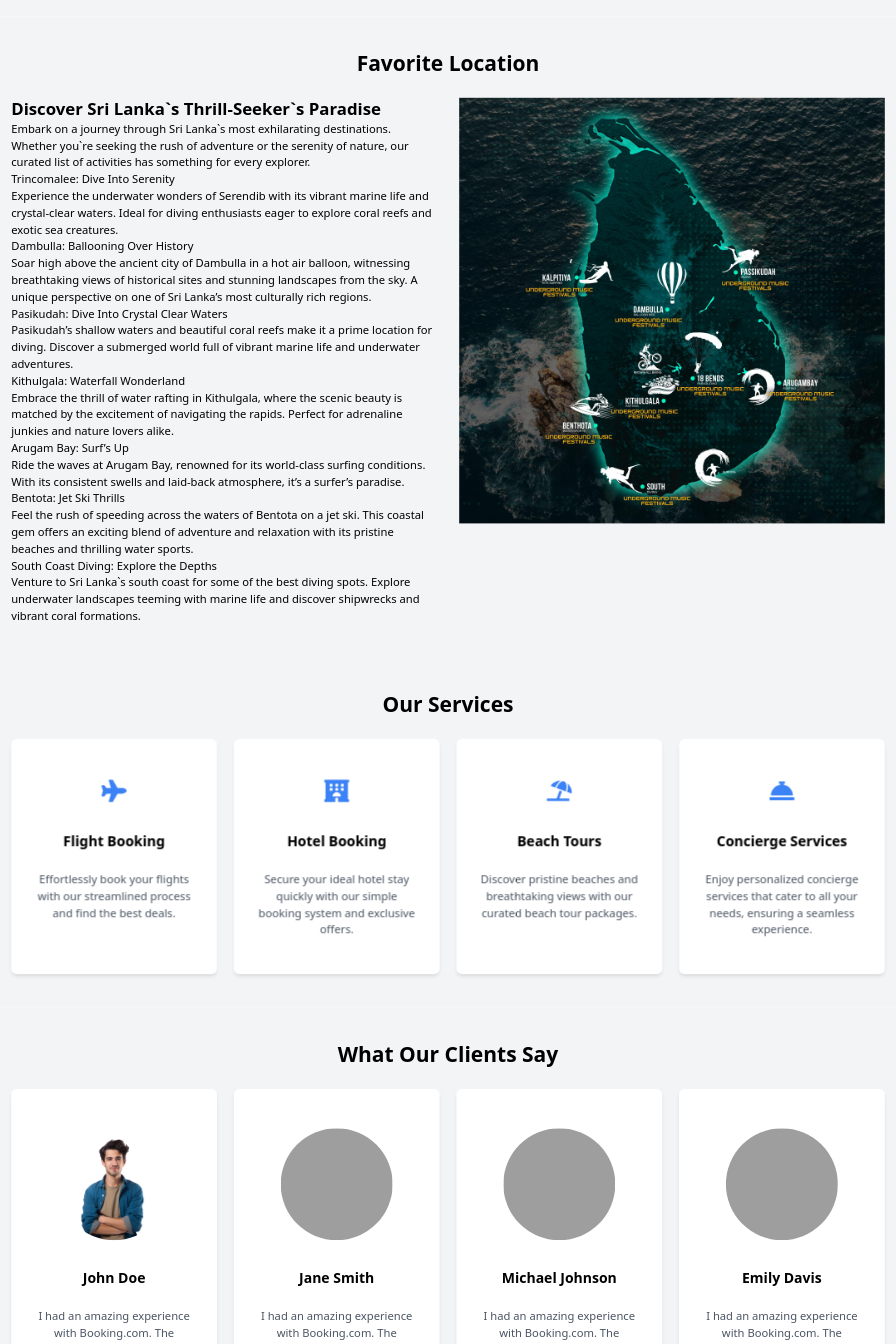
Repository: thisara199/Travel-Agency-Website
Page: /
The author's editor kept a copy of each file at every save. The page is drawn from the files as they stood at one save, then again after the next save.
The browser window is 1280 px wide. The pictures show the part of the page from y = 1144 to 3064 px (the page is 3276 px tall before and 3280 px after), at 70% of full size.
Pictures or frames that could not be fetched are drawn as grey boxes. The project was rebuilt for these pictures with package versions that can differ from the ones it lists, and the page was loaded fresh each time. Also part of the build but not shown: vite.config.js.

Above is the page before, as saved 2024-09-04 07:08:55.

After the next save:
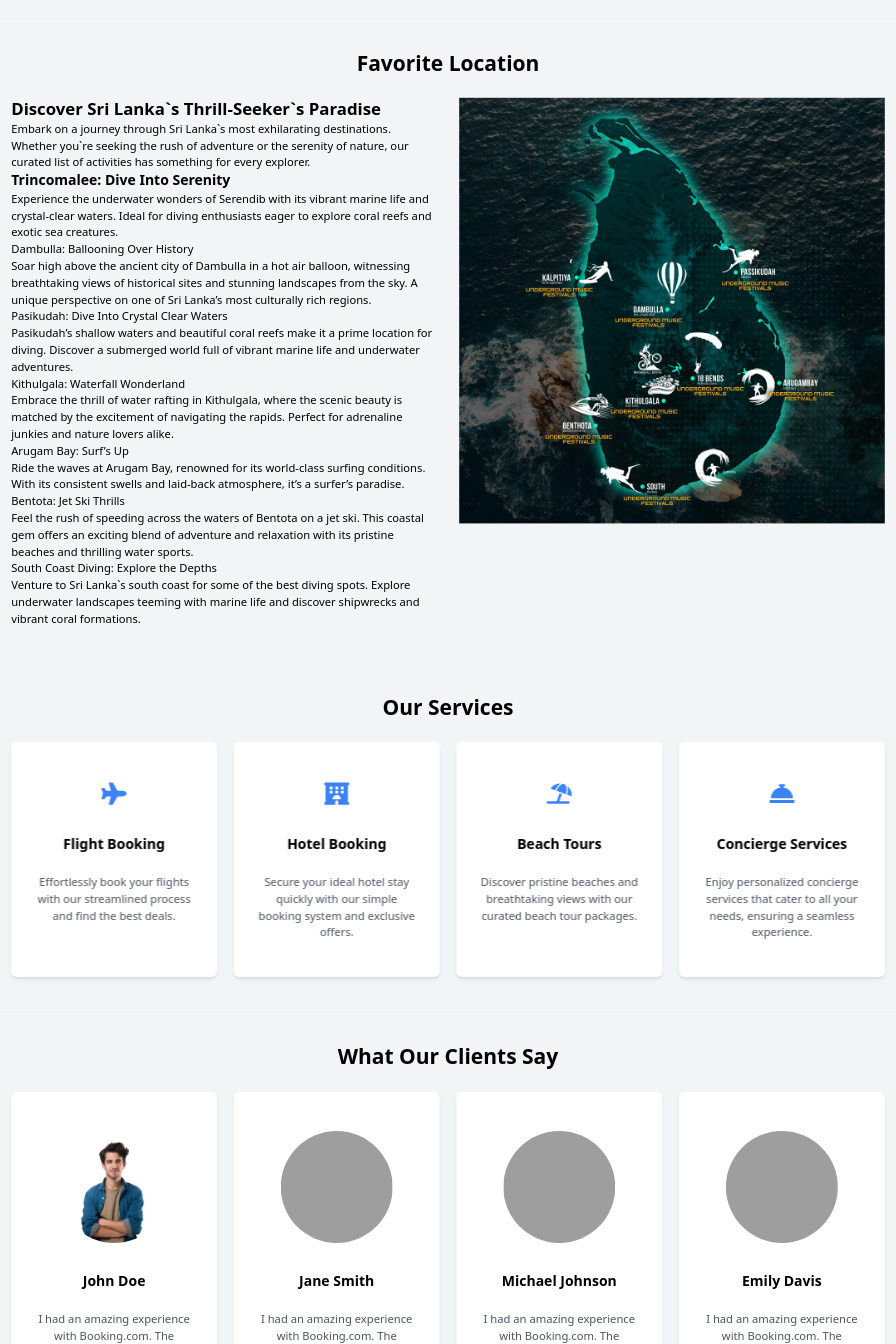
Saved 11 s later.
--- a/src/components/Banner/Banner.jsx
+++ b/src/components/Banner/Banner.jsx
@@ -9,7 +9,7 @@ const Banner1 = () => {
           <div>
             <h1 className='text-2xl font-bold'>Discover Sri Lanka`s Thrill-Seeker`s Paradise</h1>
             <p>Embark on a journey through Sri Lanka`s most exhilarating destinations. Whether you`re seeking the rush of adventure or the serenity of nature, our curated list of activities has something for every explorer.</p>
-            <h2>Trincomalee: Dive Into Serenity</h2>
+            <h2 className='text-xl font-bold'>Trincomalee: Dive Into Serenity</h2>
             <p>Experience the underwater wonders of Serendib with its vibrant marine life and crystal-clear waters. Ideal for diving enthusiasts eager to explore coral reefs and exotic sea creatures.</p>
             <h2>Dambulla: Ballooning Over History</h2>
             <p>Soar high above the ancient city of Dambulla in a hot air balloon, witnessing breathtaking views of historical sites and stunning landscapes from the sky. A unique perspective on one of Sri Lanka’s most culturally rich regions.</p>
